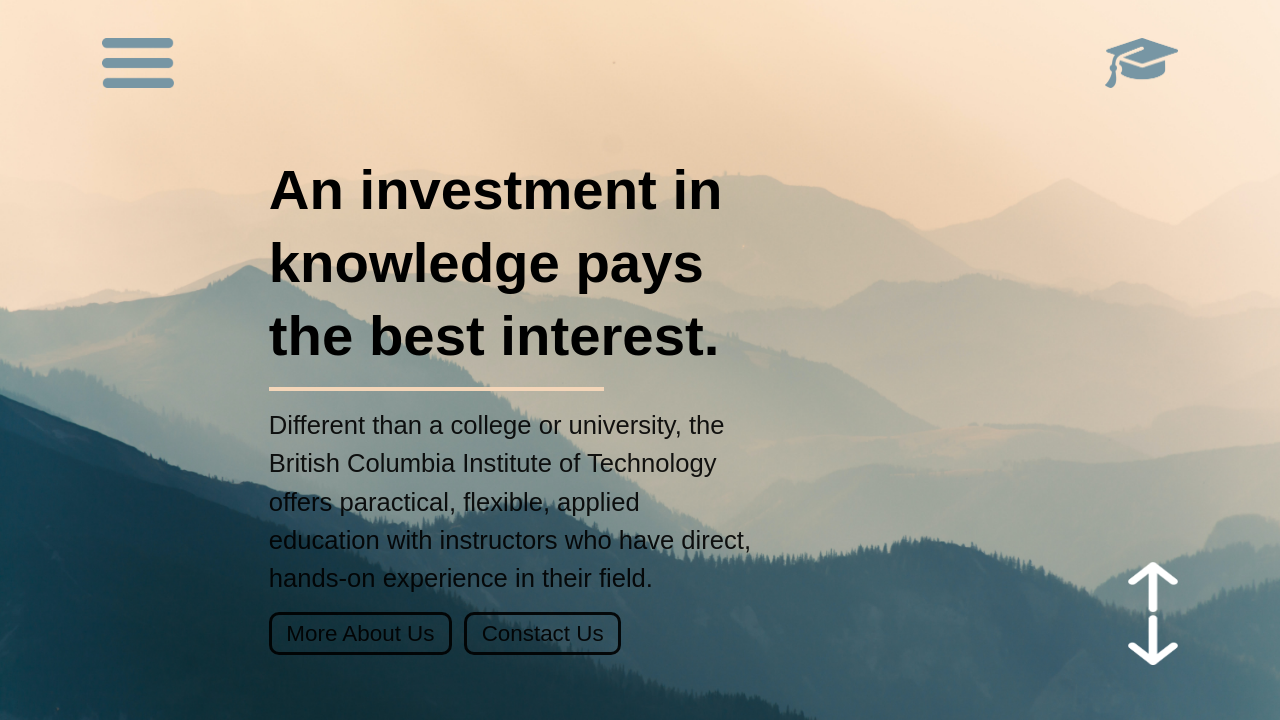
Repository: Kinakopan/playwright_bcit
Page: /
The author's editor kept a copy of each file at every save. The page is drawn from the files as they stood at one save, then again after the next save.
The browser window is 1280 px wide. The pictures show the whole page.
Some web fonts or font styles are not loaded; a fallback is used. The project was rebuilt for these pictures with package versions that can differ from the ones it lists, and the page was loaded fresh each time. The framework's server and built-in components were replaced by stand-ins that run in the browser. Also part of the build but not shown: next.config.js.

Above is the page before, as saved 2023-01-28 10:46:29.

After the next save:
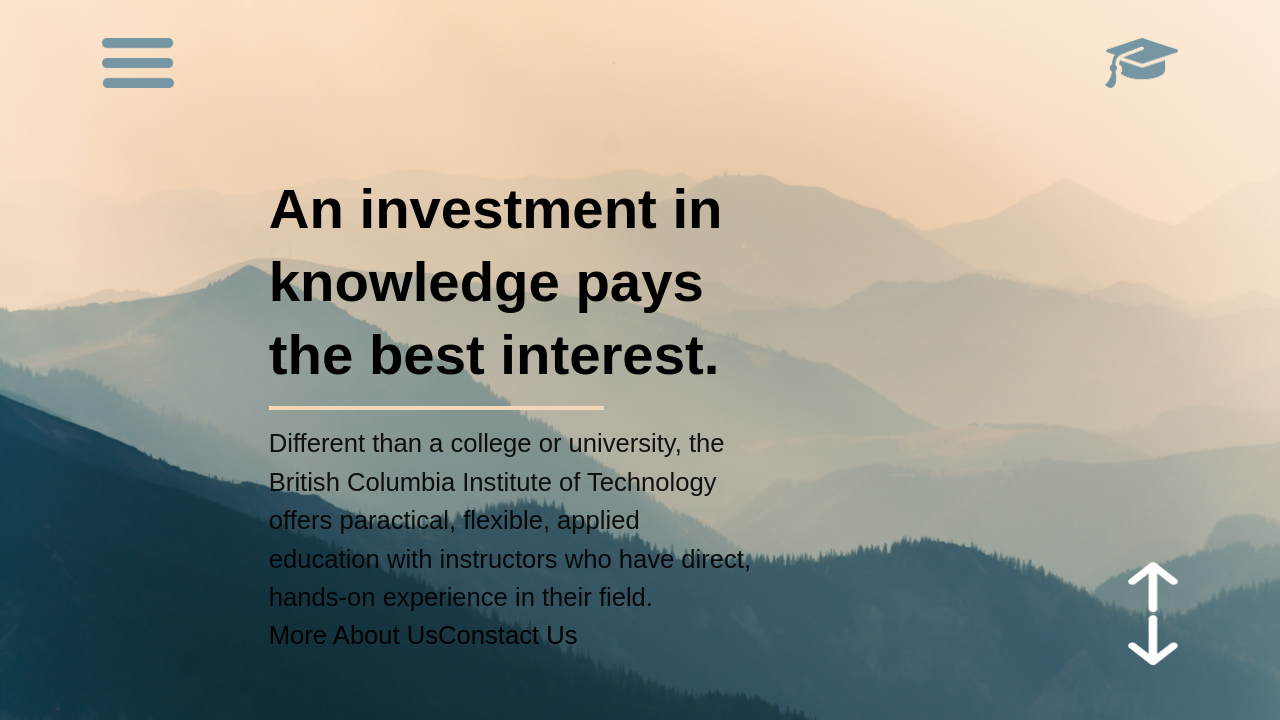
Saved 33 s later.
--- a/styles/Home.module.css
+++ b/styles/Home.module.css
@@ -397,16 +397,16 @@
 }
 
 .body_home .text_body,
-.body_home .btnBox * {
+.body_home .box_btn * {
   opacity: .9;
 }
 
-.body_home .btnBox {
+.body_home .box_btn {
   display: flex;
   flex-direction: row;
 }
 
-.body_home .btnBox * {
+.body_home .box_btn * {
   font-size: 1.4rem;
   background: transparent;
   padding: .3% 3%;

After the 2 saves that followed:
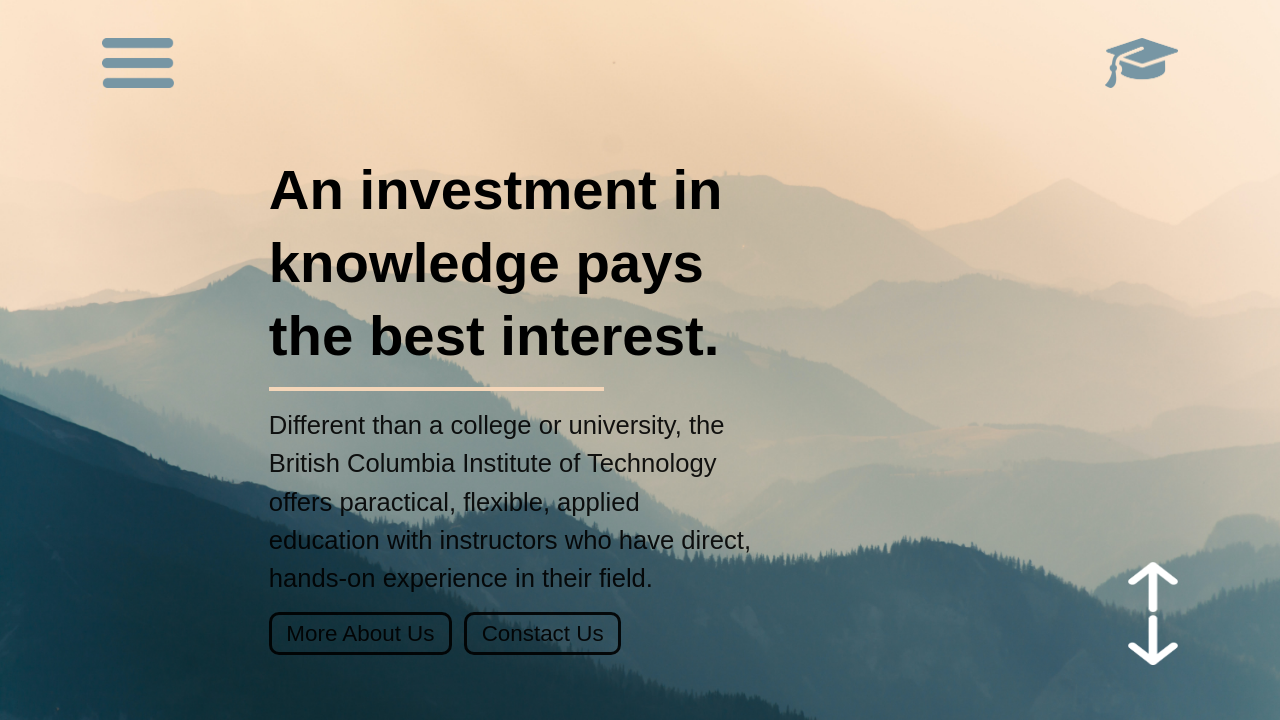
The 2 saves are shown as one change because 1 left the picture as it was.
The last was saved 6 min 10 s later.
--- a/pages/index.js
+++ b/pages/index.js
@@ -49,7 +49,7 @@
               <p className={styles.text_body}>
                 Different than a college or university, the British Columbia Institute of Technology offers paractical, flexible, applied education with instructors who have direct, hands-on experience in their field.
               </p>
-              <div className={styles.btnBox}>
+              <div className={styles.box_btn}>
                 <Link
                   className={styles.btn_about}
                   href="/about">More About Us</Link>
--- a/styles/Home.module.css
+++ b/styles/Home.module.css
@@ -437,19 +437,19 @@
   align-items: center;
 }
 
-.body_about .text_heading::before,
-.body_about .text_heading::after {
+.body_about .text_heading:before,
+.body_about .text_heading:after {
   content: "";
   height: 1px;
   flex-grow: 1;
   background: var(--primary-glow);
 }
 
-.body_about .text_heading::before {
+.body_about .text_heading:before {
   margin-right: 1rem;
 }
 
-.body_about .text_heading::after {
+.body_about .text_heading:after {
   margin-left: 1rem;
 }
 
